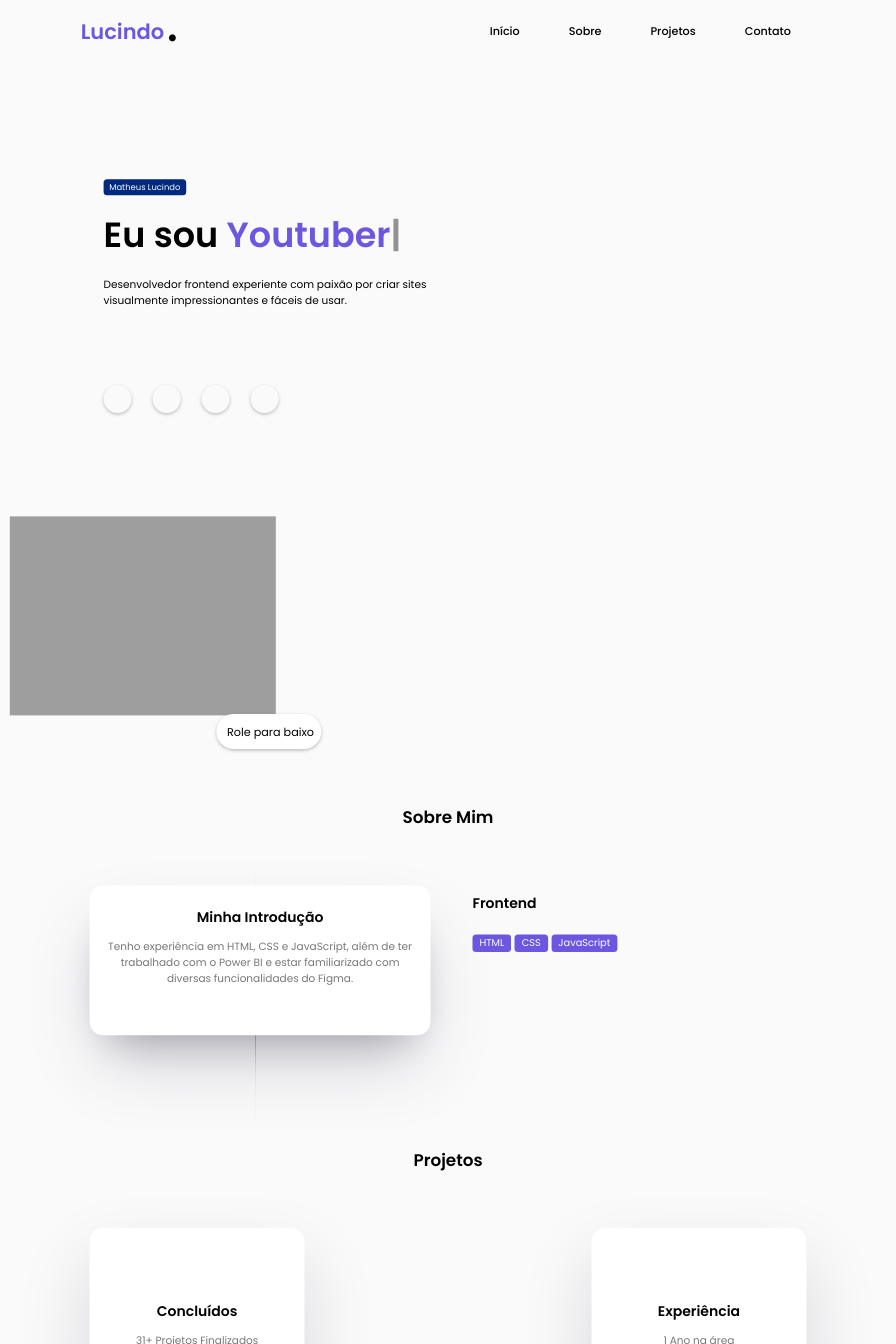
Repository: Matheus904-12/PrePortf
Page: index.html
The author's editor kept a copy of each file at every save. The page is drawn from the files as they stood at one save, then again after the next save.
The browser window is 1280 px wide. The pictures show the part of the page from y = 0 to 1920 px (the page is 3033 px tall), at 70% of full size.
Pictures or frames that could not be fetched are drawn as grey boxes. Some icons come from a web library that is not loaded, so they are not drawn.

Above is the page before, as saved 2023-09-29 12:20:06.

### index.html
<!DOCTYPE html>
<html lang="pt-br">

<head>
    <meta charset="UTF-8">
    <meta name="viewport" content="width=device-width, initial-scale=1.0">

    <!-- UNICONS -->
    <link rel="stylesheet" href="https://unicons.iconscout.com/release/v4.0.8/css/line.css">
    <!-- CSS -->
    <link rel="stylesheet" href="style.css">
    <!-- Adicionar favicon -->
    <link rel="shortcut icon" href="assets/images/favicon.png" type="image/x-icon">

    <title>Portfólio | Codingdev</title>
</head>

<body>
    <div class="container">
        <!-- --------------- CABEÇALHO --------------- -->
        <nav id="header">
            <div class="nav-logo">
                <p class="nav-name">Lucindo</p>
                <span>.</span>
            </div>
            <div class="nav-menu" id="myNavMenu">
                <ul class="nav_menu_list">
                    <li class="nav_list">
                        <a href="#home" class="nav-link active-link">Início</a>
                        <div class="circle"></div>
                    </li>
                    <li class="nav_list">
                        <a href="#about" class="nav-link">Sobre</a>
                        <div class="circle"></div>
                    </li>
                    <li class="nav_list">
                        <a href="#projects" class="nav-link">Projetos</a>
                        <div class="circle"></div>
                    </li>
                    <li class="nav_list">
                        <a href="#contact" class="nav-link">Contato</a>
                        <div class="circle"></div>
                    </li>
                </ul>
            </div>
            <div class="nav-menu-btn">
                <i class="uil uil-bars" onclick="myMenuFunction()"></i>
            </div>
        </nav>


        <!-- -------------- PRINCIPAL ---------------- -->
        <main class="wrapper">
            <!-- -------------- DESTAQUE ---------------- -->
            <br>
            <br>
            <br>
            <br>
            <br>
            <br>
            <br>
            <br>
            <br>
            <br>
            <br>
            <br>
            <br>
            <br>
            <section class="featured-box" id="home">
                <div class="featured-text">
                    <div class="featured-text-card">
                        <span>Matheus Lucindo</span>
                    </div>
                    <div class="featured-name">
                        <p>Eu sou <span class="typedText"></span></p>
                    </div>
                    <div class="featured-text-info">
                        <p>Desenvolvedor frontend experiente com paixão por criar sites visualmente
                            impressionantes e fáceis de usar.
                        </p>
                    </div>

                    <div class="social_icons">
                        <a href="https://www.instagram.com/matheus_lucindo/" target="_blank" class="icon"><i class="uil uil-instagram"></i></a>
                        <a href="https://www.linkedin.com/in/matheus-lucindo-b35b68190/" target="_blank" class="icon"><i class="uil uil-linkedin-alt"></i></a>
                        <a href="https://www.figma.com/@myprojets" target="_blank" class="icon"><i class="uil uil-figma"></i></a>
                        <a href="https://github.com/Matheus904-12" target="_blank" class="icon"><i class="uil uil-github-alt"></i></a>
                    </div>

                <div class="featured-image">
                    <div class="image">
                        <img src=".png" alt="avatar">
                    </div>
                </div>
                <center>
                    <center>
                <div class="scroll-icon-box">
                    <a href="#about" class="scroll-btn">
                        <i class="uil uil-mouse-alt"></i>
                        <p>Role para baixo</p>
                    </a>
                </div>
                    </center>
            </center>

            </section>
            <!-- -------------- SOBRE ---------------- -->
            <section class="section" id="about">
                <div class="top-header">
                    <h1>Sobre Mim</h1>
                </div>
                <div class="row">
                    <div class="col">
                        <div class="about-info">
                            <h3>Minha Introdução</h3>
                            <p><p>Tenho experiência em HTML, CSS e JavaScript, além de ter trabalhado com o Power BI e estar familiarizado com diversas funcionalidades do Figma.</p>

                            </p>
                        </div>
                    </div>
                    <div class="col">
                        <div class="skills-box">
                            <div class="skills-header">
                                <h3>Frontend</h3>
                            </div>
                            <div class="skills-list">
                                <span>HTML</span>
                                <span>CSS</span>
                                <span>JavaScript</span>
                            </div>
                        </div>
            </section>

            <!-- -------------- PROJETOS ---------------- -->

            <section class="section" id="projects">
                <div class="top-header">
                    <h1>Projetos</h1>
                </div>
                <div class="project-container">
                    <div class="project-box">
                        <i class="uil uil-briefcase-alt"></i>
                        <h3>Concluídos</h3>
                        <label>31+ Projetos Finalizados</label>
                    </div>
                    <div class="project-box">
                        <i class="uil uil-award"></i>
                        <h3>Experiência</h3>
                        <label>1 Ano na área</label>
                    </div>
                </div>
            </section>

            <!-- -------------- CONTATO ---------------- -->

            <section class="section" id="contact">
                <div class="top-header">
                    <h1>Fale Comigo</h1>
                    <span>Tem um projeto em mente? Entre em contato comigo aqui</span>
                </div>
                <div class="row">
                    <div class="col">
                        <div class="contact-info">
                            <h2>Me Encontre <i class="uil uil-corner-right-down"></i></h2>
                            <p><i class="uil uil-envelope"></i> Email: matheuslucindo904@gmail.com</p>
                            <p><i class="uil uil-phone"></i> +55 11 97166-6817</p>
                        </div>
            </section>

        </main>


        <!-- --------------- RODAPÉ --------------- -->
        <footer>
            <div class="top-footer">
                <p>Matheus Lucindo .</p>
            </div>
            <div class="middle-footer">
                <ul class="footer-menu">
                    <li class="footer_menu_list">
                        <a href="#home">Início</a>
                    </li>
                    <li class="footer_menu_list">
                        <a href="#about">Sobre</a>
                    </li>
                    <li class="footer_menu_list">
                        <a href="#projects">Projetos</a>
                    </li>
                    <li class="footer_menu_list">
                        <a href="#contact">Contato</a>
                    </li>
                </ul>
            </div>
            <div class="footer-social-icons">
                <div class="icon"><a href="https://www.instagram.com/matheus_lucindo/" target="_blank"><i class="uil uil-instagram"></i></a></div>
                <div class="icon"><a href="https://www.linkedin.com/in/matheus-lucindo-b35b68190/" target="_blank"><i class="uil uil-linkedin-alt"></i></a></div>
                <div class="icon"><a href="https://www.figma.com/@myprojets" target="_blank"><i class="uil uil-figma"></i></a></div>
                <div class="icon"><a href="https://github.com/Matheus904-12" target="_blank"><i class="uil uil-github-alt"></i></a></div>
            </div>
            <div class="bottom-footer">
                <p>Direitos Autorais &copy; <a href="#home" style="text-decoration: none;">Matheus Lucindo</a> - Todos os direitos
                    reservados
                </p>
            </div>
        </footer>

    </div>

    <!-- ----- TYPING JS Link ----- -->
    <script src="https://unpkg.com/typed.js@2.0.16/dist/typed.umd.js"></script>

    <!-- ----- SCROLL REVEAL JS Link----- -->
    <script src="https://unpkg.com/scrollreveal"></script>

    <!-- ----- MAIN JS ----- -->
    <script src="script.js"></script>
</body>

</html>

### script.js
/* ----- NAVIGATION BAR FUNCTION ----- */
function myMenuFunction(){
  let menuBtn = document.getElementById("myNavMenu");

  if(menuBtn.className === "nav-menu"){
    menuBtn.className += " responsive";
  } else {
    menuBtn.className = "nav-menu";
  }
}

/* ----- ADD SHADOW ON NAVIGATION BAR WHILE SCROLLING ----- */
window.onscroll = function() {headerShadow()};

function headerShadow() {
  const navHeader =document.getElementById("header");

  if (document.body.scrollTop > 50 || document.documentElement.scrollTop >  50) {

    navHeader.style.boxShadow = "0 1px 6px rgba(0, 0, 0, 0.1)";
    navHeader.style.height = "70px";
    navHeader.style.lineHeight = "70px";

  } else {

    navHeader.style.boxShadow = "none";
    navHeader.style.height = "90px";
    navHeader.style.lineHeight = "90px";

  }
}


/* ----- TYPING EFFECT ----- */
let typingEffect = new Typed(".typedText",{
  strings : ["Designer","Youtuber","Developer"],
  loop : true,
  typeSpeed : 100,
  backSpeed : 80,
  backDelay : 2000
})


/* ----- ## -- SCROLL REVEAL ANIMATION -- ## ----- */
const sr = ScrollReveal({
      origin: 'top',
      distance: '80px',
      duration: 2000,
      reset: true
})

/* -- HOME -- */
sr.reveal('.featured-text-card',{})
sr.reveal('.featured-name',{delay: 100})
sr.reveal('.featured-text-info',{delay: 200})
sr.reveal('.featured-text-btn',{delay: 200})
sr.reveal('.social_icons',{delay: 200})
sr.reveal('.featured-image',{delay: 300})


/* -- PROJECT BOX -- */
sr.reveal('.project-box',{interval: 200})

/* -- HEADINGS -- */
sr.reveal('.top-header',{})

/* ----- ## -- SCROLL REVEAL LEFT_RIGHT ANIMATION -- ## ----- */

/* -- ABOUT INFO & CONTACT INFO -- */
const srLeft = ScrollReveal({
origin: 'left',
distance: '80px',
duration: 2000,
reset: true
})

srLeft.reveal('.about-info',{delay: 100})
srLeft.reveal('.contact-info',{delay: 100})

/* -- ABOUT SKILLS & FORM BOX -- */
const srRight = ScrollReveal({
origin: 'right',
distance: '80px',
duration: 2000,
reset: true
})

srRight.reveal('.skills-box',{delay: 100})
srRight.reveal('.form-control',{delay: 100})



/* ----- CHANGE ACTIVE LINK ----- */

const sections = document.querySelectorAll('section[id]')

function scrollActive() {
const scrollY = window.scrollY;

sections.forEach(current =>{
  const sectionHeight = current.offsetHeight,
      sectionTop = current.offsetTop - 50,
    sectionId = current.getAttribute('id')

  if(scrollY > sectionTop && scrollY <= sectionTop + sectionHeight) {

      document.querySelector('.nav-menu a[href*=' + sectionId + ']').classList.add('active-link')

  }  else {

    document.querySelector('.nav-menu a[href*=' + sectionId + ']').classList.remove('active-link')

  }
})
}

window.addEventListener('scroll', scrollActive)

Loaded but not shown: style.css (636 lines, source omitted)

After the next save:
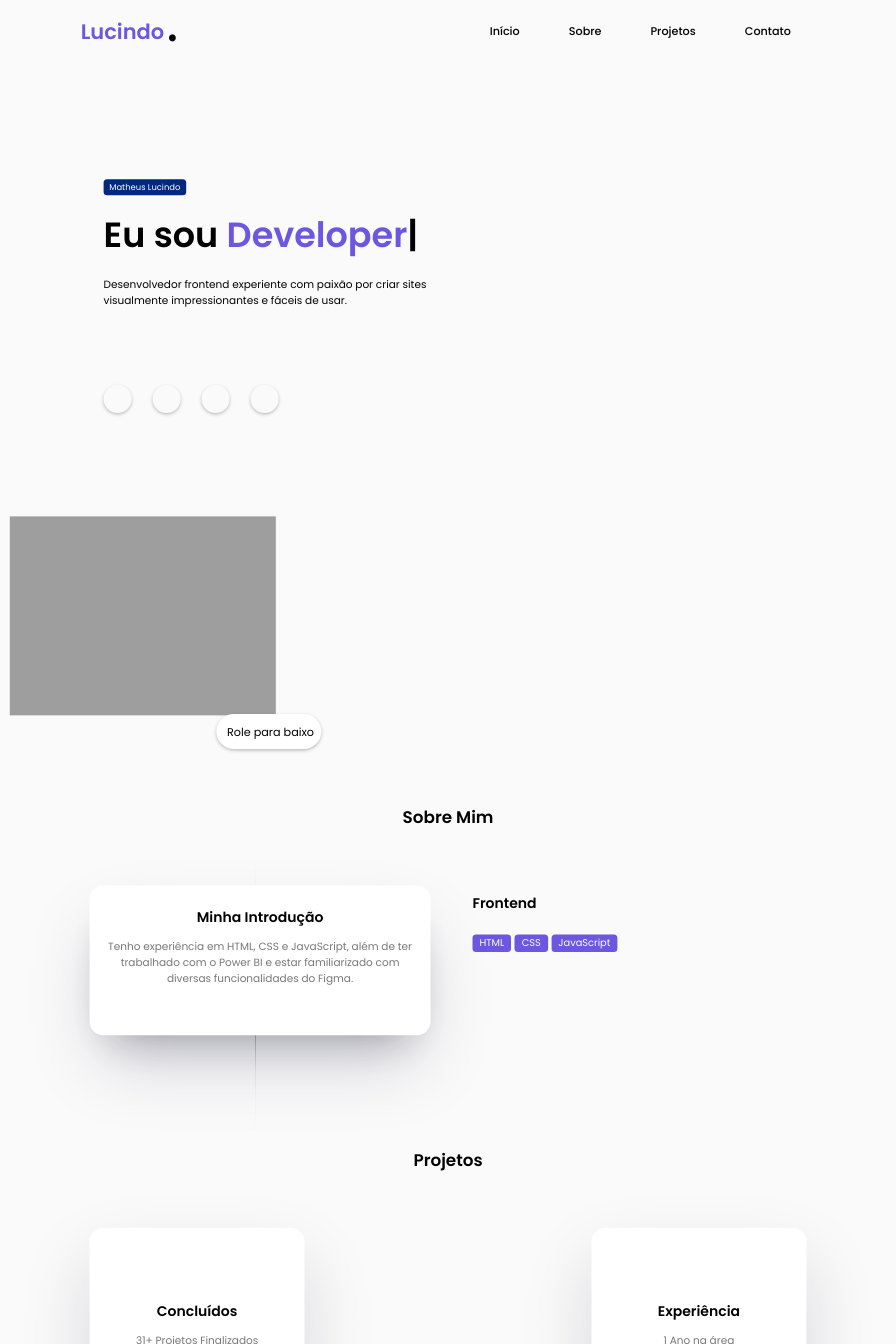
Saved 2 min 58 s later.
--- a/script.js
+++ b/script.js
@@ -33,7 +33,7 @@ function headerShadow() {
 
 /* ----- TYPING EFFECT ----- */
 let typingEffect = new Typed(".typedText",{
-  strings : ["Designer","Youtuber","Developer"],
+  strings : ["Designer","Developer"],
   loop : true,
   typeSpeed : 100,
   backSpeed : 80,
